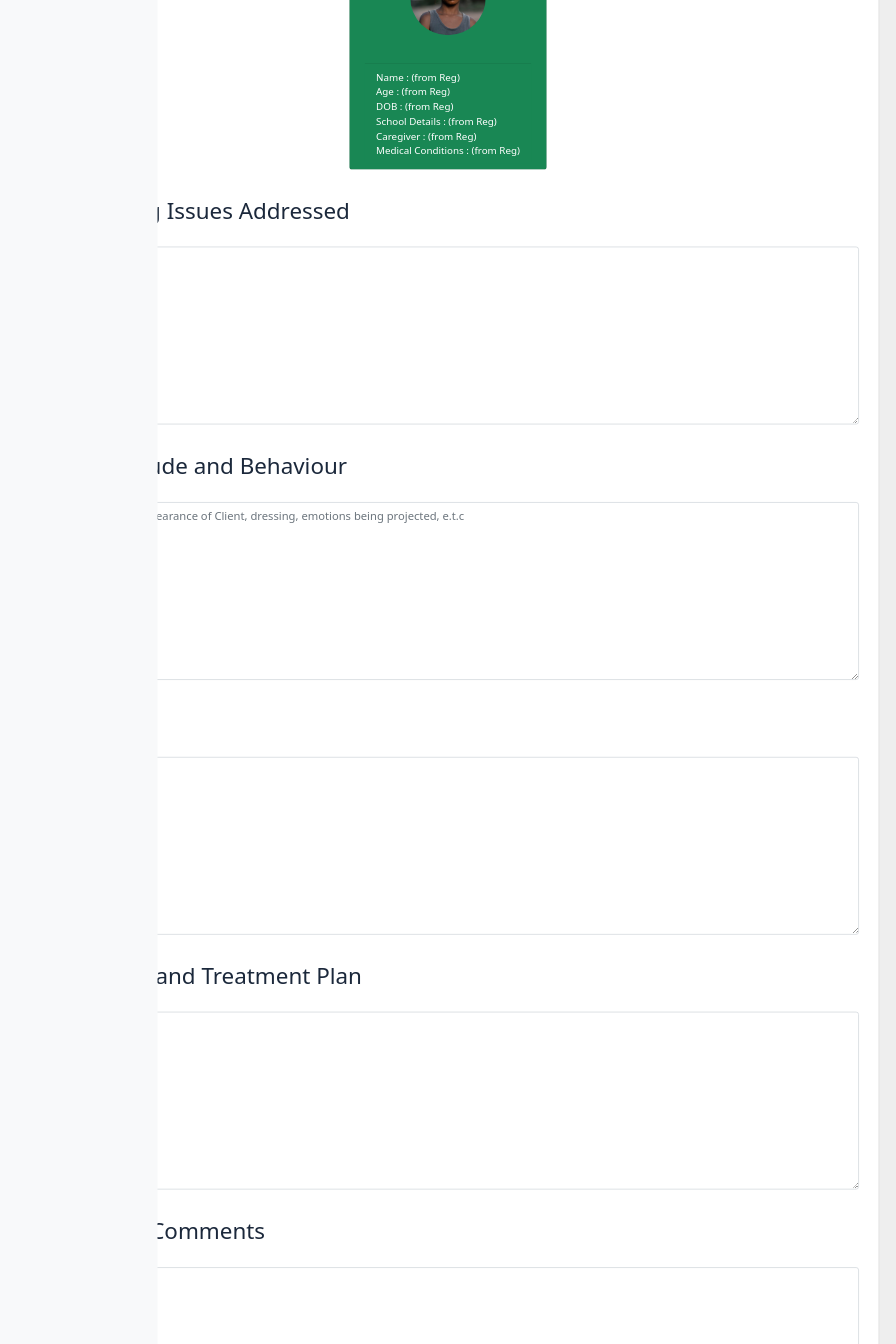
Repository: SRFtech/mis-designs
Page: counselling.html
The author's editor kept a copy of each file at every save. The page is drawn from the files as they stood at one save, then again after a run of saves.
The browser window is 1280 px wide. The pictures show the part of the page from y = 556 to 2476 px (the page is 2967 px tall before and 3021 px after), at 70% of full size.

Above is the page before, as saved 2022-04-10 22:33:10.

After the next 2 saves:
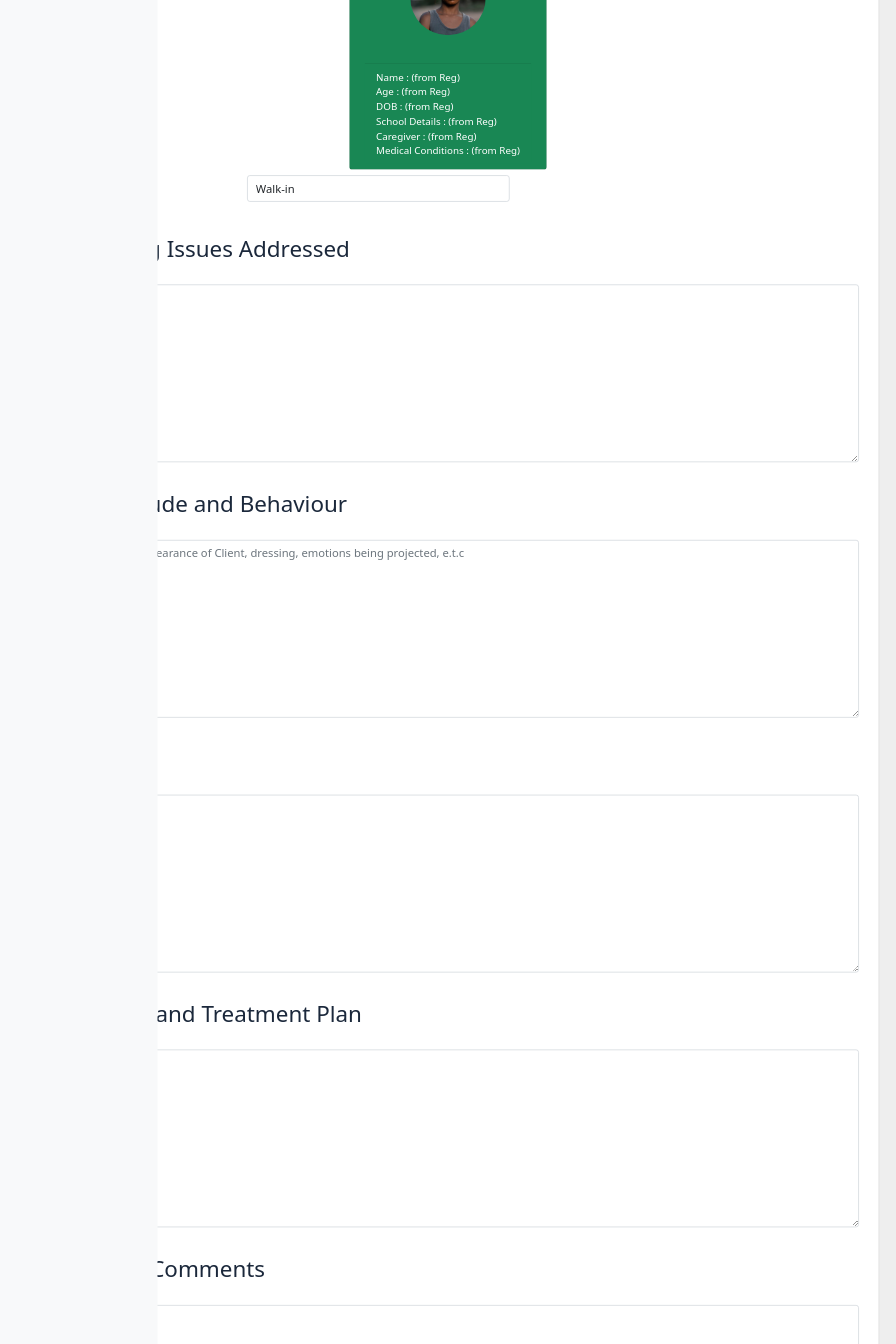
The 2 saves are shown as one change because they came seconds apart.
The last was saved 14 s later.
--- a/counselling.html
+++ b/counselling.html
@@ -192,6 +192,18 @@
                                                                     </div>
                                                                 </div>
                                                             </div>
+                                                            <div class="form-group row pb-3">
+                                                                <label for="date" class="col-sm-3 col-form-label">Client Type</label>
+                                                                <div class="col-sm-4">
+                                                                    <select class="form-control" id="formControlSelect2">
+                                                                        <option>Walk-in</option>
+                                                                        <option>Referred by Coach</option>
+                                                                        <option>Counselor Initiated</option>
+                                                                        <option>Peer Initiated</option>
+                                                                        <option>Referred after Home visit</option>
+                                                                    </select>
+                                                                </div>
+                                                            </div>
                                                             <div class="row pb-2 pt-2">
                                                                 <h2 class="mt-4">Counselling Issues Addressed</h2>
                                                                 <div class="form-group">
